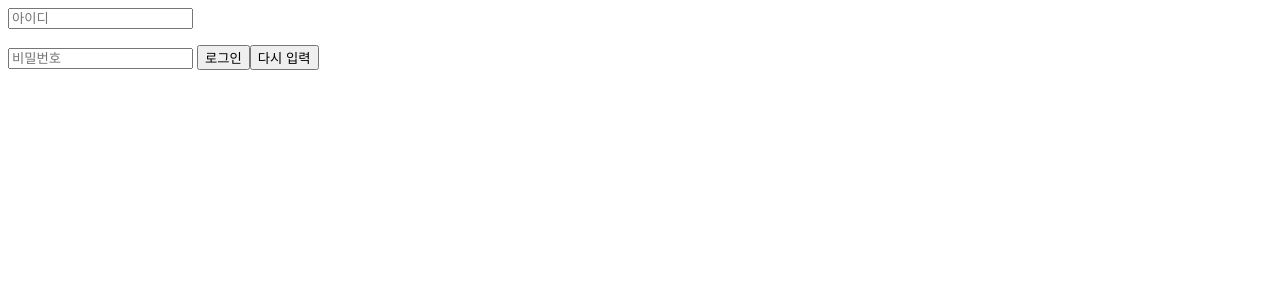
Repository: jpg723/Assignment
Page: http://localhost/LAB7_4/login_form.jsp
An editor plug-in stored every save of this project. The page is shown before and after the next save, followed by the edit.
The browser window is 1280 px wide. The pictures show the whole page.
The page is served by Tomcat 9.

Above is the page before, as saved 2021-10-24 13:16:28.

After the next save:
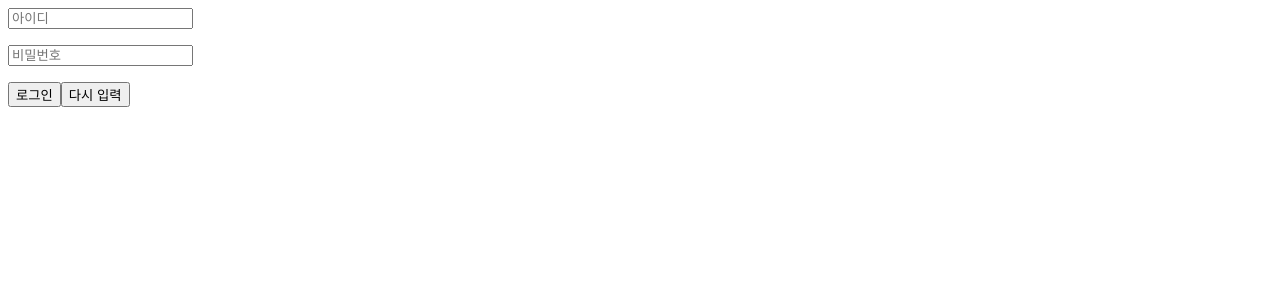
Saved 14 s later.
--- a/웹프로그래밍/LAB7_4/src/main/webapp/login_form.jsp
+++ b/웹프로그래밍/LAB7_4/src/main/webapp/login_form.jsp
@@ -19,7 +19,7 @@
     <form action="login.jsp" method="post">
     	<input type="text" name="id" placeholder = "아이디" onfocus= "this.placeholder">
     	<p><input type="password" name="pw" placeholder = "비밀번호" onfocus= "this.placeholder">
-    	<input type="submit" value="로그인"><input type="reset" value="다시 입력">
+    	<p><input type="submit" value="로그인"><input type="reset" value="다시 입력">
     </form>
 </body>
 </html>
